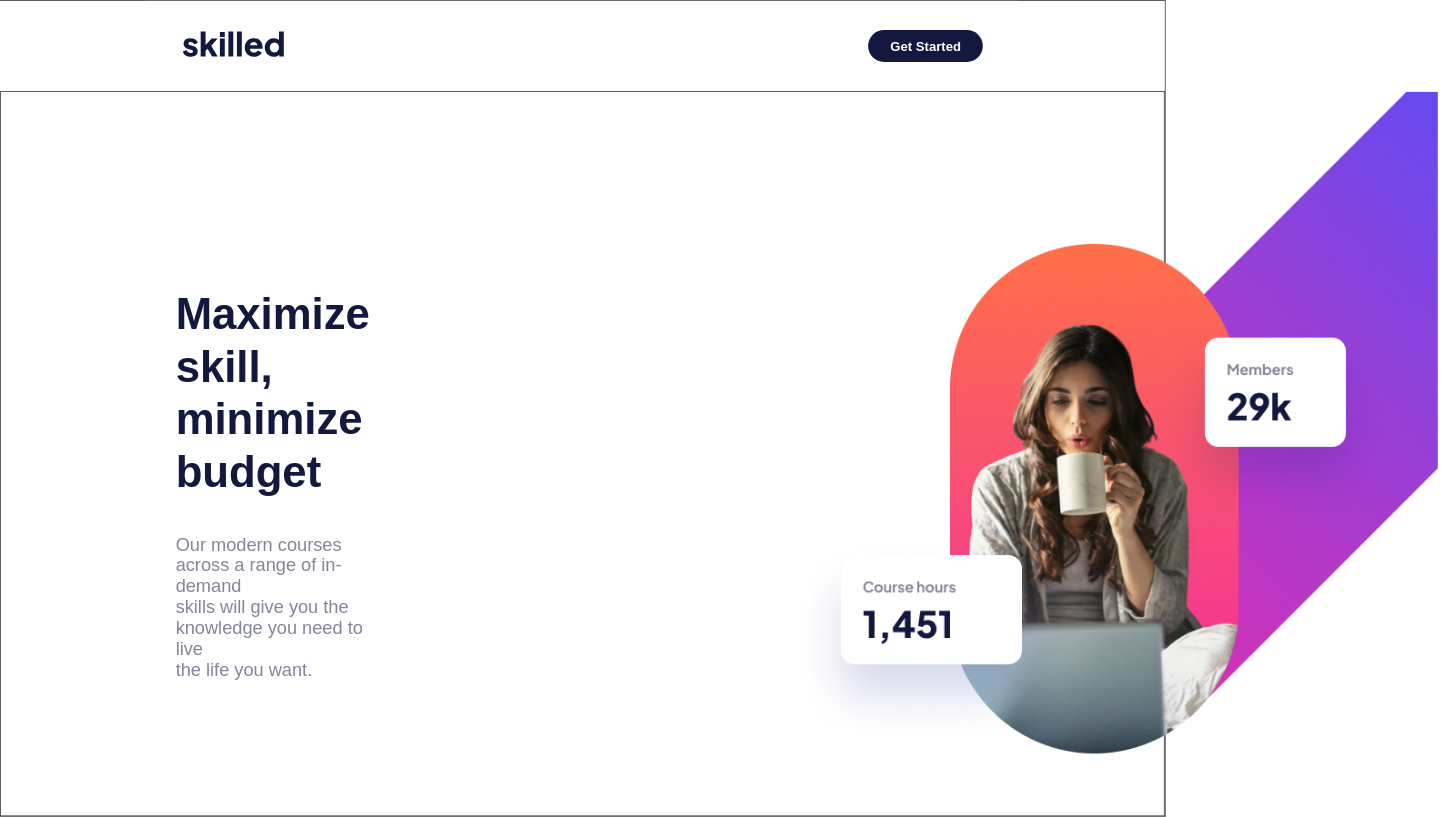
Repository: exe-walt/E-Learning-Landing-Page
Page: index.html
These files come from the project's save history. The page is drawn as it stood at one moment and after the next save; the edit follows.
The browser window is 1280 px wide. The page is 1580 px wide, then 1588 px, so the pictures cover 1588 px, including what lies to the right of the window. The pictures show the whole page, at 91% of full size.
Some web fonts or font styles are not loaded; a fallback is used.

Above is the page before, as saved 2025-05-27 20:59:25.

### index.html
<!DOCTYPE html>
<html lang="en">
<head>
  <meta charset="UTF-8">
  <meta name="viewport" content="width=device-width, initial-scale=1.0">
  <title>Skilled E-Learning Page</title>
  <link rel="stylesheet" href="css/style.css">
  <link href="https://fonts.cdnfonts.com/css/plus-jakarta-sans" rel="stylesheet">
</head>
<body>
  <div class="content-container">
    <nav>
      <div class="navbar">
        <ul>
          <li id="logo">
            <img src="img/skilled-logo.svg" alt="logo">
          </li>
          <li class="navbar-button">
            <button>Get Started</button>
          </li>
        </ul>
      </div>
    </nav>

    <section class="hero-section">
      <div class="hero-text">
        <h1>Maximize skill, <br>minimize budget</h1>

        <p>
          Our modern courses across a range of in-demand <br> skills will give you the knowledge you need to live <br> the life you want.
        </p>
      </div>

      <div class="hero-image">
        <img src="img/hero-img.png" alt="main-image">
      </div>
    </section>
  </div>

</body>
</html>

### css/style.css
* {
  font-family: "Plus Jakarta Sans", sans-serif;
}
body {
  margin: 0;
  display: flex;
  justify-content: center;
  align-items: center;
}

.content-container {
  background-color: #ffffff;
  max-width: 100%;
  width: 100%;
  height: auto;

  border: 1px solid #4f4f4f;
}

.navbar {
  display: flex;
  justify-content: space-between;
  align-items: center;
  padding: 2rem 2.5rem;
  background-color: white;
  margin-left: 10em;
  margin-right: 10em;
}

.navbar ul {
  display: flex;
  align-items: center;
  justify-content: space-between;
  width: 100%;
  list-style: none;
  margin: 0;
  padding: 0;
}

.logo img {
  height: 1.75rem;
  width: auto;
}

.navbar-button button {
  background-color: #13183F;
  color: white;
  border: none;
  border-radius: 999px;
  padding: 0.6rem 1.5rem;
  font-weight: 600;
  font-size: 0.9rem;
  cursor: pointer;
  transition: background-color 0.3s ease;
}

.navbar-button button:hover {
  background-color: #666ca3;
}

.hero-section{
  border: 1px solid #4f4f4f;
  display: flex;
}

.hero-text{
  margin-left: 12em;
   margin-top: 11em;

}

.hero-text h1 {
  font-family: 'Plus Jakarta Sans', sans-serif;
  font-weight: 800; /* ExtraBold */
  font-size: 3rem;
  line-height: 1.2;
  color: #13183F;
}

.hero-text p{
  font-family: 'Plus Jakarta Sans', sans-serif;
  font-weight: 500; /* Medium */
  font-size: 1.25rem;
  color: #83869a;
}

.hero-image img{
  margin-left: 29em;
}

After the next save:
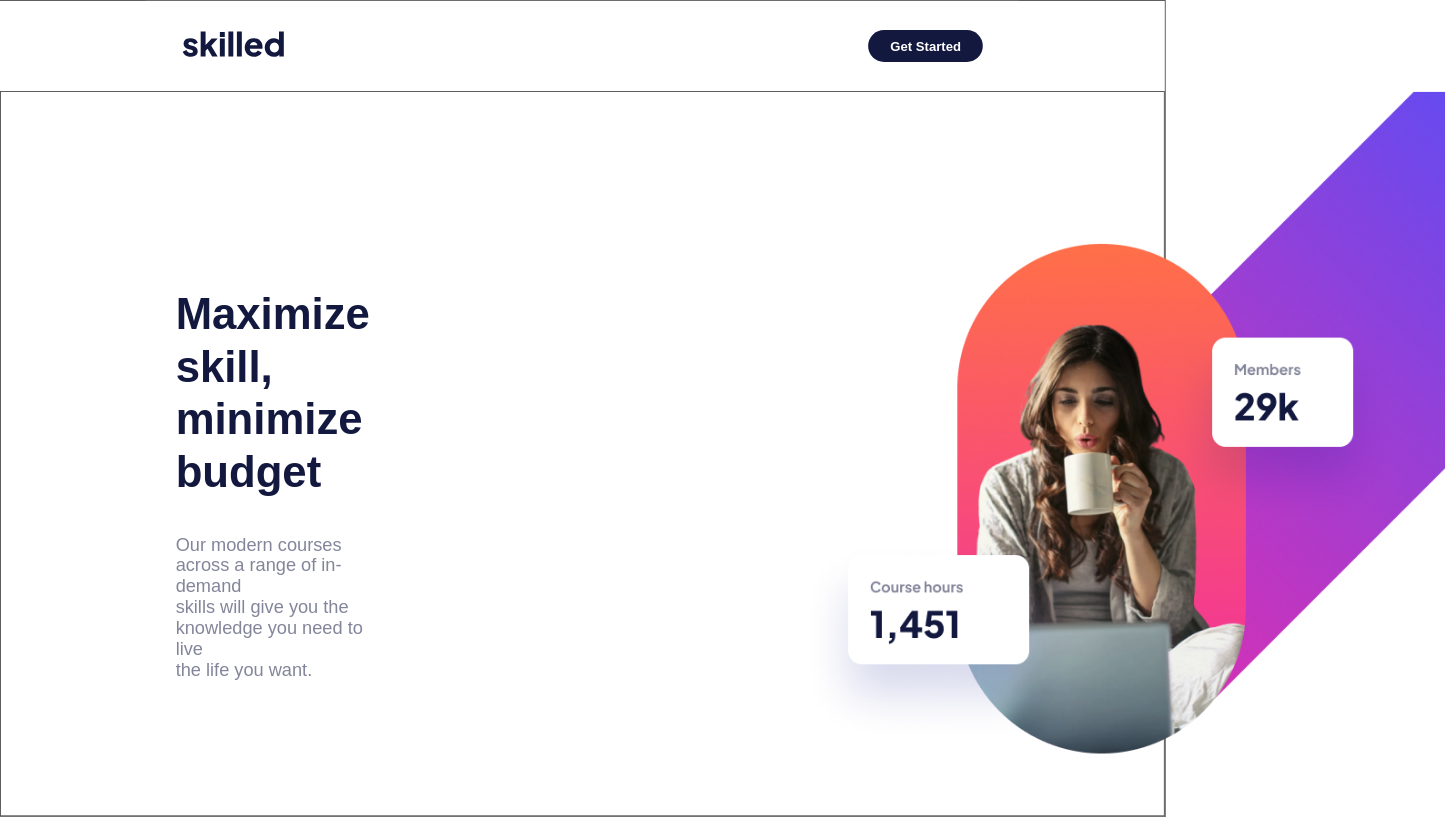
Saved 4 s later.
--- a/css/style.css
+++ b/css/style.css
@@ -85,5 +85,5 @@ body {
 }
 
 .hero-image img{
-  margin-left: 29em;
+  margin-left: 29.5em;
 }
